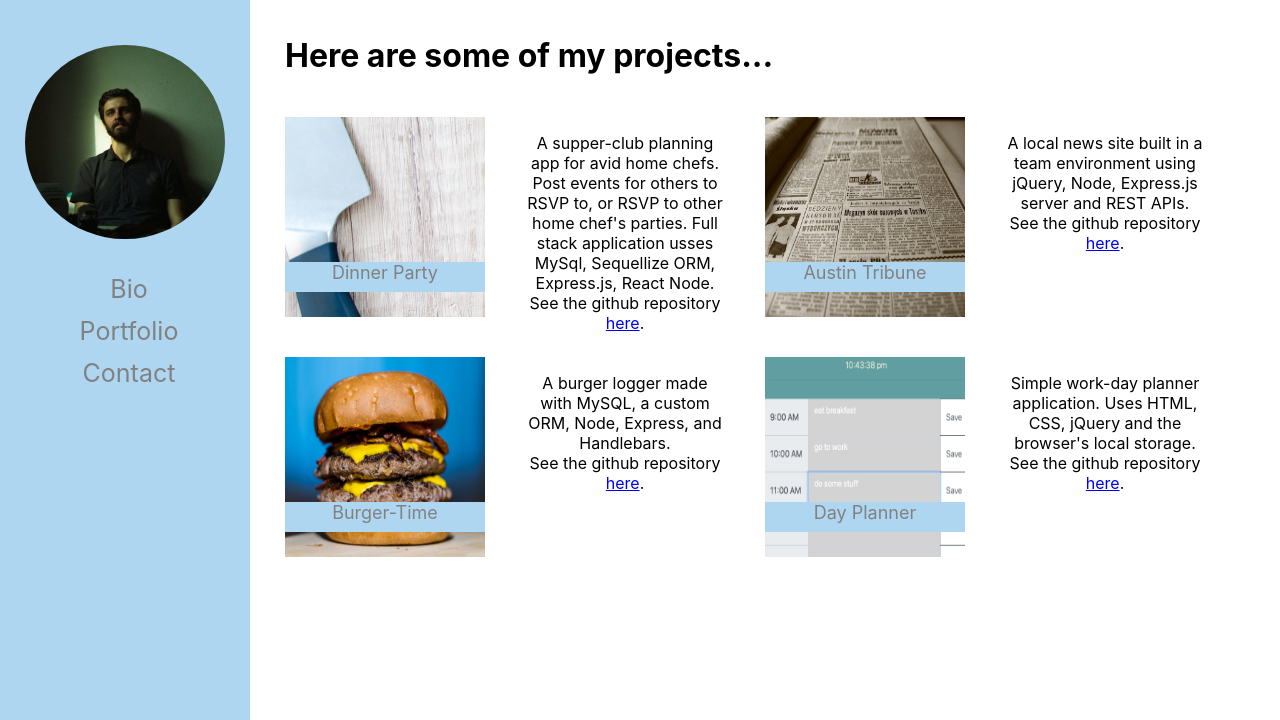
Repository: joeldelatte/react-portfolio
Page: / (app in client/)
An editor plug-in stored every save of this project. The page is shown before and after the next save, followed by the edit.
The browser window is 1280 px wide. The pictures show the whole page.
The project was rebuilt for these pictures with package versions that can differ from the ones it lists, and the page was loaded fresh each time. Also part of the build but not shown: client/src/App.css, client/src/Components/Bio/bio.css, client/src/Components/Bio/Bio.js, client/src/Components/Contact/contact.css, client/src/Components/Contact/Contact.js.

Above is the page before, as saved 2020-05-14 14:37:00.

### client/public/index.html
<!doctype html>
<html lang="en">
  <head>
    <meta charset="utf-8">
    <meta name="viewport" content="width=device-width, initial-scale=1, shrink-to-fit=no">
    <meta name="theme-color" content="#000000">
    <!--
      manifest.json provides metadata used when your web app is added to the
      homescreen on Android. See https://developers.google.com/web/fundamentals/engage-and-retain/web-app-manifest/
    -->
    <link rel="manifest" href="%PUBLIC_URL%/manifest.json">
    <link rel="shortcut icon" href="%PUBLIC_URL%/favicon.ico">
    <!--
      Notice the use of %PUBLIC_URL% in the tags above.
      It will be replaced with the URL of the `public` folder during the build.
      Only files inside the `public` folder can be referenced from the HTML.

      Unlike "/favicon.ico" or "favicon.ico", "%PUBLIC_URL%/favicon.ico" will
      work correctly both with client-side routing and a non-root public URL.
      Learn how to configure a non-root public URL by running `npm run build`.
    -->
    <title>Joel Delatte</title>
  </head>
  <body>
    <noscript>
      You need to enable JavaScript to run this app.
    </noscript>
    <div id="root"></div>
    <!--
      This HTML file is a template.
      If you open it directly in the browser, you will see an empty page.

      You can add webfonts, meta tags, or analytics to this file.
      The build step will place the bundled scripts into the <body> tag.

      To begin the development, run `npm start` or `yarn start`.
      To create a production bundle, use `npm run build` or `yarn build`.
    -->
  </body>
</html>

### client/src/App.js
import React from 'react';
import {BrowserRouter as Router, Route, Switch, Link} from "react-router-dom";
import './App.css';
import Bio from "./Components/Bio/Bio";
import Nav from "./Page/Nav";
import Contact from "./Components/Contact/Contact"
import Portfolio from "./Components/Portfolio/Portfolio"

export default function App() {
  return (
    <>
      <Router>
        <Nav />
        <Switch>
          <Route exact path="/bio">
            <Bio />
          </Route>
          <Route exact path="/contact">
            <Contact />
          </Route>
          <Route exact path="/">
            <Portfolio />
          </Route>
        </Switch>
      </Router>
    </>
  );
}

### client/src/Page/Nav.js
import React from "react";
import {BrowserRouter as Router, Route, Switch, Link} from "react-router-dom";
import Avatar from "./Avatar";
import "./Page.css";

function Nav () {
    return (
        // <div className="header">
            <div className="nav">
                <Avatar />
                <Link to="/bio" >Bio</Link>
                <Link to="/">Portfolio</Link>
                <Link to="/contact">Contact</Link>
            </div>
        // </div>
    )
};

export default Nav;

### client/src/Components/Portfolio/Portfolio.js
import React, {useState} from "react";

import Dayplanner from "../Portfolio/images/dayplanner.png";
import NewsPaper from "../Portfolio/images/austin1.jpeg";
import Burger from "../Portfolio/images/burger.jpg"
import Knife from "../Portfolio/images/knife.png"

import './portfolio.css';

export default function Portfolio() {


    return (
        <>
          <div className="portfolio">
              <h1>Here are some of my projects...</h1>
                <div className="projectBox"  >
                  <a href="https://rocky-meadow-16617.herokuapp.com/" target="_blank">
                    <img className="projectPhoto" src={Knife}></img>
                    <section className="projectLabel">Dinner Party</section>
                  </a>
                </div>
                <div className="projectBox">
                  <p>A supper-club planning app for avid home chefs. Post events for others to RSVP to, or RSVP to other home chef's parties.
                    Full stack application usses MySql, Sequellize ORM, Express.js, React Node.
                    <br></br>
                    See the github repository <a href="https://github.com/joeldelatte/Poject_3_Dinner_Party">here</a>.
                  </p>
                </div>
                <div className="projectBox">
                  <a href="https://mmoritz8.github.io/Project-1/Joel_art/arts.html" target="_blank">
                    <img className="projectPhoto" src={NewsPaper}></img>
                    <section className="projectLabel">Austin Tribune</section>
                  </a>
                </div>
                <div className="projectBox">
                  <p>A local news site built in a team environment using jQuery, Node, Express.js server and REST APIs.
                    <br></br>
                    See the github repository <a href="https://github.com/mmoritz8/Project-1">here</a>.
                  </p>
                </div>
                <div className="projectBox">
                  <a href="https://boiling-lowlands-78090.herokuapp.com/" target="_blank">
                    <img className="projectPhoto" src={Burger}></img>
                    <section className="projectLabel">Burger-Time</section>
                  </a>
                </div>
                <div className="projectBox">
                  <p>A burger logger made with MySQL, a custom ORM, Node, Express, and Handlebars.
                    <br></br>
                    See the github repository <a href="https://github.com/joeldelatte/eat-da-burger">here</a>.
                  </p>
                </div>
                <div className="projectBox">
                  <a href="https://joeldelatte.github.io/day-planner/" target="_blank">
                    <img className="projectPhoto" src={Dayplanner}></img>
                    <section className="projectLabel">Day Planner</section>
                  </a>
                </div>
                <div className="projectBox">
                  <p>Simple work-day planner application. Uses HTML, CSS, jQuery and the browser's local storage.
                    <br></br>
                    See the github repository <a href="https://github.com/joeldelatte/day-planner">here</a>.
                  </p>
                </div>
          </div>
        </>
    )
}

### client/src/Page/Avatar.js
import React from "react";
import Portrait from "./images/joel_d.png"
import "./Page.css";

const styles = {
    maxWidth: 200,
    maxHeight: 200,
    borderRadius: 100,
    marginLeft: 25
};

function Avatar () {

    return (
      <div>
          <img src={Portrait} alt="avatar"  className="avatar" /> {/* style={styles} */}
      </div>
    );
};

export default Avatar;

### client/src/Page/Page.css
.nav {
    height: 100%;
    position: fixed;
    z-index: 1;
    top: 0;
    left: 0;
    background-color: #AED6F1;
    overflow-x: hidden;
    padding-top: 20px;
}

.nav a {
    padding: 6px 8px 6px 16px;
    text-decoration: none;
    font-size: 25px;
    color: #818181;
    display: block;
    text-align: center;
  }

.nav a:hover {
    color: #f1f1f1;
}

.avatar {
    max-width: 200px;
    max-height: 200px;
    border-radius: 100%;
    margin: 25px;
}

@media only screen and (max-width: 768px) {
    .sideNav {
        width: 100px;
    }
    .sideNav a {
        font-size: 15px;
    }
    .avatar {
        max-width: 75px;
        max-height: 75px;
        border-radius: 100;
        margin-left: 15px;
    }
}

### client/src/Components/Portfolio/portfolio.css
.portfolio {
    margin-left: 250px;
    padding: 15px;
}

.portfolio h1 {
    margin-left: 20px;
}

.projectBox {
    width: 200px;
    height: 200px;
    float: left;
    position: relative;
    text-align: center;
    margin: 20px;
}

.projectText {
    width: 200px;
    height: 200px;
    float: left;
    position: relative;
    text-align: center;
    margin-top: 20px;
}

.projectLabel {
    color: #818181;
    text-align: center;
    font-size: large;
    background-color: #aed6f1;
    width: 200px;
    height: 30px;
    padding: 4;
    position: absolute;
    top: 80%;
    left: 50%;
    transform: translate(-50%, -50%);

}

.projectPhoto {
    width: 200px;
    height: 200px;
    float: left;
    position: relative;
    text-align: center;
}

.move {
    padding-left: 45px;
    box-sizing: content-box;
}

@media only screen and (max-width: 768px) {
    .move {
        padding-left: 130px;
        box-sizing: content-box;
    }
    .portfolio {
        margin-left: 110px;
    }

    .portfolio h1 {
        margin-left: 20px;
    }


}

Loaded but not shown: client/src/index.js (common file); client/src/index.css (common file); client/src/serviceWorker.js (common file)

After the next save:
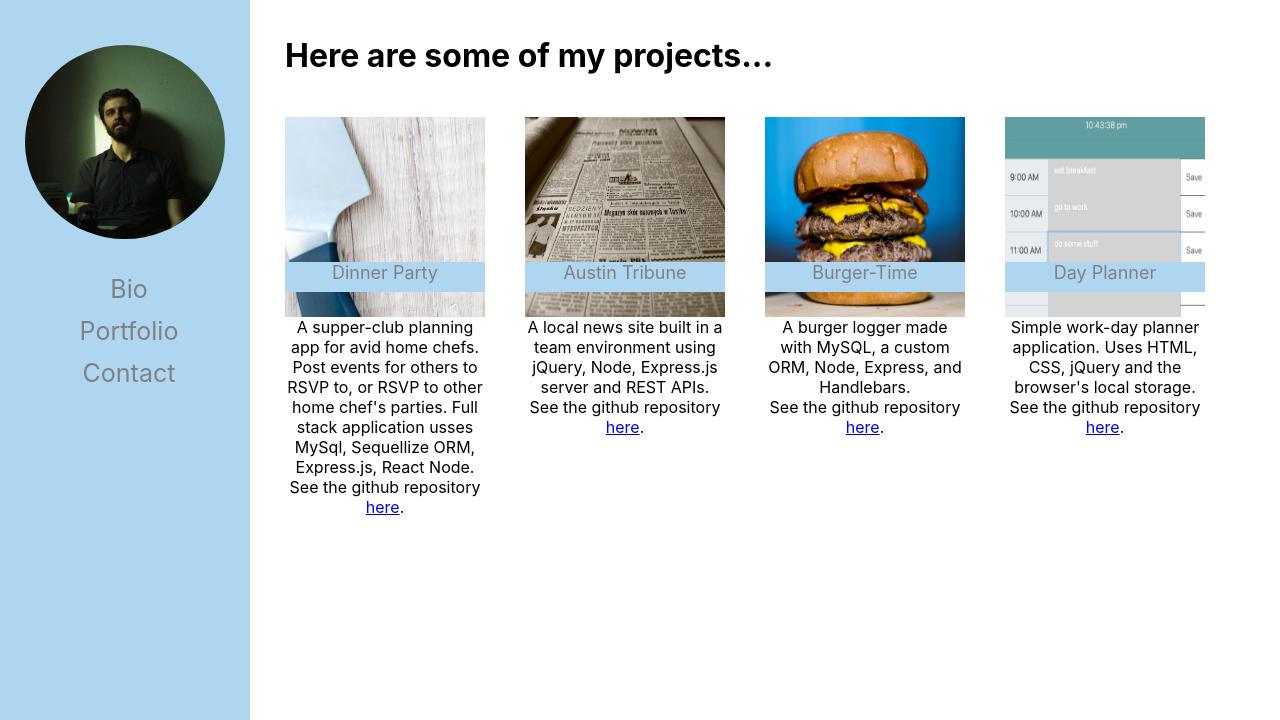
Saved 62 s later.
--- a/client/src/Components/Portfolio/Portfolio.js
+++ b/client/src/Components/Portfolio/Portfolio.js
@@ -12,15 +12,13 @@ export default function Portfolio() {
 
     return (
         <>
-          <div className="portfolio">
-              <h1>Here are some of my projects...</h1>
+        <div className="portfolio">
+            <h1>Here are some of my projects...</h1>
                 <div className="projectBox"  >
                   <a href="https://rocky-meadow-16617.herokuapp.com/" target="_blank">
                     <img className="projectPhoto" src={Knife}></img>
                     <section className="projectLabel">Dinner Party</section>
                   </a>
-                </div>
-                <div className="projectBox">
                   <p>A supper-club planning app for avid home chefs. Post events for others to RSVP to, or RSVP to other home chef's parties.
                     Full stack application usses MySql, Sequellize ORM, Express.js, React Node.
                     <br></br>
@@ -32,8 +30,6 @@ export default function Portfolio() {
                     <img className="projectPhoto" src={NewsPaper}></img>
                     <section className="projectLabel">Austin Tribune</section>
                   </a>
-                </div>
-                <div className="projectBox">
                   <p>A local news site built in a team environment using jQuery, Node, Express.js server and REST APIs.
                     <br></br>
                     See the github repository <a href="https://github.com/mmoritz8/Project-1">here</a>.
@@ -44,8 +40,6 @@ export default function Portfolio() {
                     <img className="projectPhoto" src={Burger}></img>
                     <section className="projectLabel">Burger-Time</section>
                   </a>
-                </div>
-                <div className="projectBox">
                   <p>A burger logger made with MySQL, a custom ORM, Node, Express, and Handlebars.
                     <br></br>
                     See the github repository <a href="https://github.com/joeldelatte/eat-da-burger">here</a>.
@@ -56,14 +50,12 @@ export default function Portfolio() {
                     <img className="projectPhoto" src={Dayplanner}></img>
                     <section className="projectLabel">Day Planner</section>
                   </a>
-                </div>
-                <div className="projectBox">
                   <p>Simple work-day planner application. Uses HTML, CSS, jQuery and the browser's local storage.
                     <br></br>
                     See the github repository <a href="https://github.com/joeldelatte/day-planner">here</a>.
                   </p>
                 </div>
-          </div>
+        </div>
         </>
     )
 }
